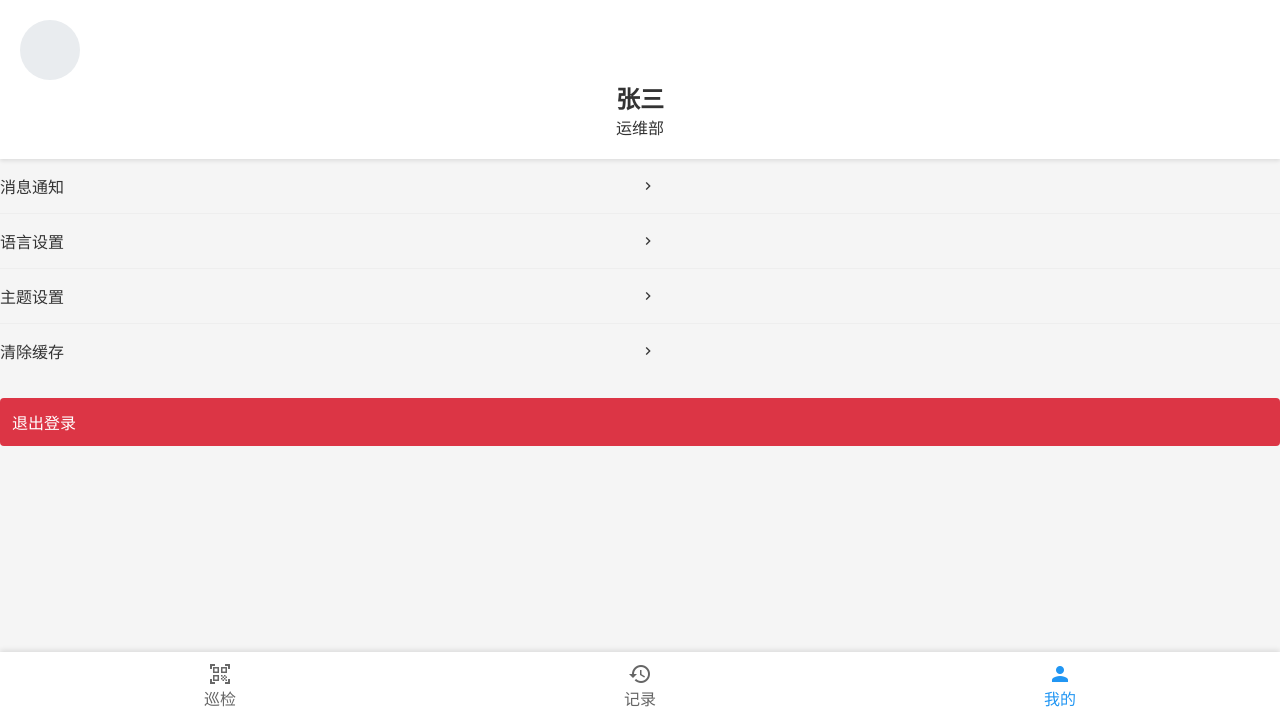
Repository: andyzheung/check-app
Page: UI原型/profile.html
The author's editor kept a copy of each file at every save. The page is drawn from the files as they stood at one save, then again after the next save.
The browser window is 1280 px wide. The pictures show the whole page.

Above is the page before, as saved 2025-05-11 17:10:29.

After the next save:
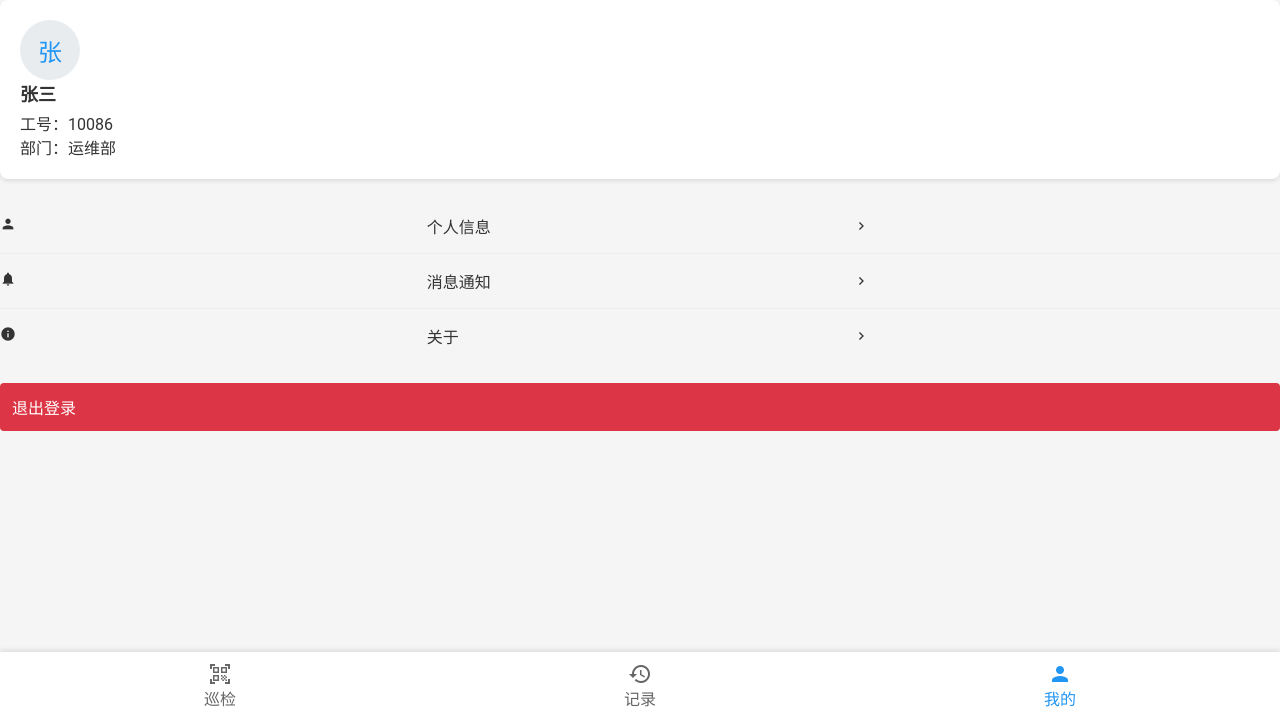
Saved 2 min 47 s later.
--- a/UI原型/profile.html
+++ b/UI原型/profile.html
@@ -10,32 +10,34 @@
 </head>
 <body>
     <div class="profile-container">
-        <div class="profile-header">
-            <div class="profile-avatar"></div>
-            <h2>张三</h2>
-            <p>运维部</p>
+        <div class="profile-card">
+            <div class="profile-avatar">张</div>
+            <div class="profile-info-block">
+                <div class="profile-name">张三</div>
+                <div class="profile-meta">工号：10086</div>
+                <div class="profile-meta">部门：运维部</div>
+            </div>
         </div>
 
         <div class="menu-list">
             <div class="menu-item">
+                <span class="menu-icon" style="color:#4b3fae;"><span class="material-icons">person</span></span>
+                <span>个人信息</span>
+                <span class="material-icons">chevron_right</span>
+            </div>
+            <div class="menu-item">
+                <span class="menu-icon" style="color:#ffb300;"><span class="material-icons">notifications</span></span>
                 <span>消息通知</span>
                 <span class="material-icons">chevron_right</span>
             </div>
             <div class="menu-item">
-                <span>语言设置</span>
-                <span class="material-icons">chevron_right</span>
-            </div>
-            <div class="menu-item">
-                <span>主题设置</span>
-                <span class="material-icons">chevron_right</span>
-            </div>
-            <div class="menu-item">
-                <span>清除缓存</span>
+                <span class="menu-icon" style="color:#039be5;"><span class="material-icons">info</span></span>
+                <span>关于</span>
                 <span class="material-icons">chevron_right</span>
             </div>
         </div>
 
-        <div class="logout-button" onclick="window.location.href='login.html'">
+        <div class="logout-button highlight" onclick="window.location.href='login.html'">
             退出登录
         </div>
 
